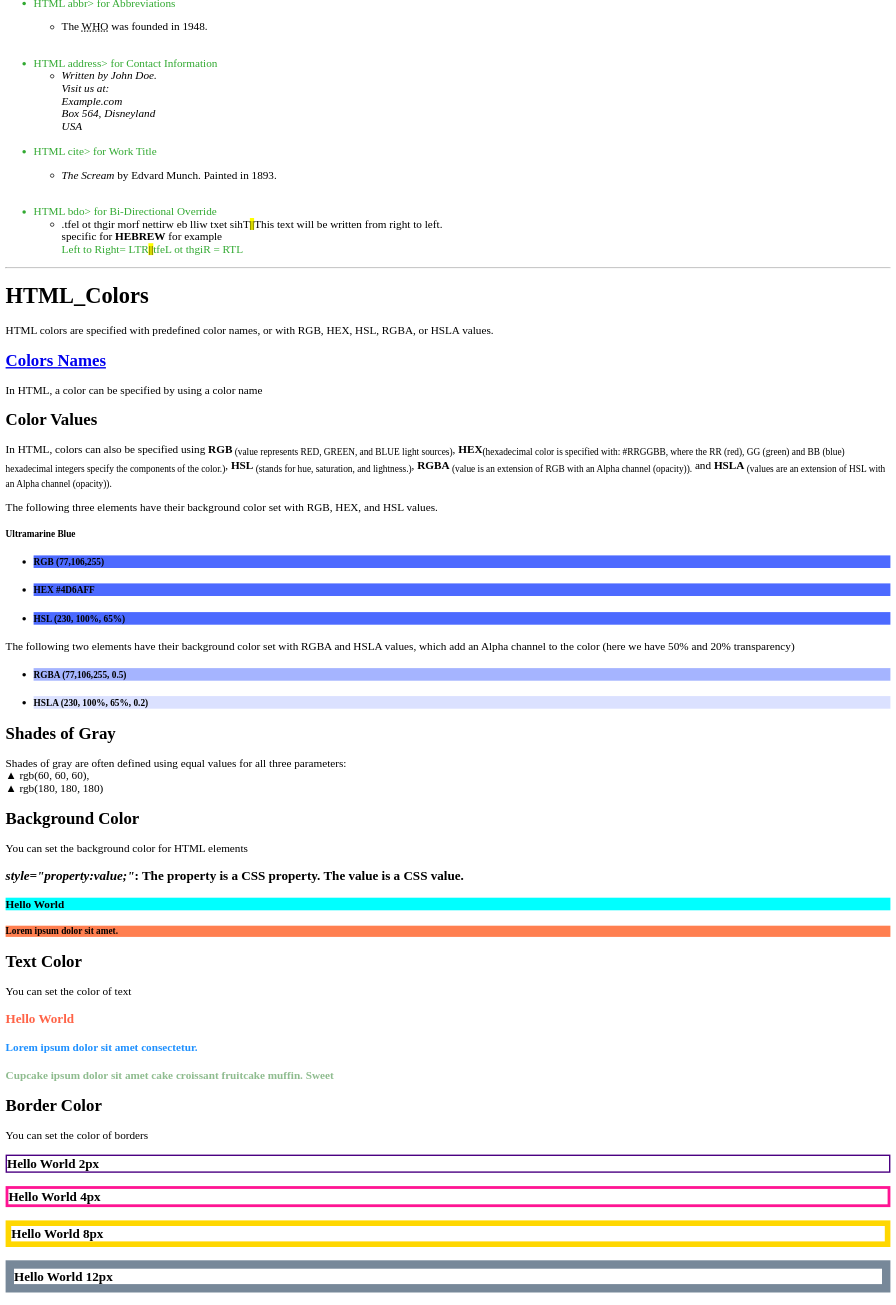
Repository: AnnaSpirit/2025_
Page: Bases/OK/HTML_Text_Formatting.html
The author's editor kept a copy of each file at every save. The page is drawn from the files as they stood at one save, then again after the next save.
The browser window is 1280 px wide. The pictures show the part of the page from y = 1049 to 2969 px (the page is 2913 px tall before and 2969 px after), at 70% of full size.

Above is the page before, as saved 2025-01-09 15:36:08.

### Bases/OK/HTML_Text_Formatting.html
<!DOCTYPE html>
<html lang="en">

<head>
    <meta charset="UTF-8">
    <meta name="viewport" content="width=device-width, initial-scale=1.0">
    <title>HTML Text Formatting</title>
    <a href="HTML_Colors.html"></a>
</head>

<body>
    <h1>HTML contains several elements for defining text with a special meaning.</h1>
    <a href="HTML_Colors.html">
        <h2>Go Back: HTML_Colors</h2></a>
    <p>
    <ul>
        <li style="color:red;"> b - Bold text &#61 Strong;
            <ul>
                <li style="color:black;"><b>Bold</b> text</li>
            </ul>
        </li><br>
        <li style="color:red;"> strong - Important text &#61 Bold
            <ul>
                <li style="color:black;"><strong>Important</strong> text</li>
            </ul>
        </li><br>
        <li style="color:red;"> i - Italic text &#61 Emphasized
            <ul>
                <li style="color:black;"><i>Italic</i> text</li>
            </ul>
        </li><br>

        <li style="color:red;">em - Emphasized text &#61 Italic
            <ul>
                <li style="color:black;"><em>Emphasized</em> text</li>
            </ul>
        </li><br>
        <li style="color:red;"> u - Underlined text &#61 Inserted
            <ul>
                <li style="color:black;"><u>Underlined</u> text</li>
            </ul><br>
        <li style="color:red;">ins - Inserted text &#61 Underlined
            <ul>
                <li style="color:black;"><ins>Inserted</ins> text</li>
            </ul><br>
        <li style="color:red;">small - Smaller text
            <ul>
                <li style="color:black;"><small>Smaller</small> text</li>
            </ul>
        </li><br>
        <li style="color:red;">del - Deleted text &#61 Strikethrough
            <ul>
                <li style="color:black;"><del>Deleted</del> text</li>
            </ul>
        </li><br>
        <li style="color:red;">s - strikethrough text &#61 Deleted
            <ul>
                <li style="color:black;"><s>strikethrough</s> text</li>
            </ul>
        </li><br>
        <li style="color:red;"> mark - Marked text (Highlighted in yellow)
            <ul>
                <li style="color:black;"><mark>Marked</mark> text</li>
            </ul>
        </li><br>
        <li style="color:red;">sub - Subscript text
            <ul>
                <li style="color:black;"><sub>Subscript</sub> text</li>
            </ul>
        </li><br>
        <li style="color:red;">sup - Superscript text
            <ul>
                <li style="color:black;"><sup>Superscript</sup> text</li>
            </ul>
        </li>
    </ul>
    </p>
    <hr>
    <p>
    <h1>HTML Quotation and Citation Elements</h1>
    <h3>In this chapter we will go through the blockquote>,q>, abbr>, address>, cite>, and bdo> HTML elements.</h3>
    <ul>
        <li style="color:rgb(49, 169, 49);"> HTML blockquote> for Quotations
            <ul>
                <li style="color: black;">
                    <blockquote cite=" http://www.worldwildlife.org/who/index.html">For 60 years,...</blockquote>
                </li><br>
            </ul>
        <li style="color:rgb(49, 169, 49);"> HTML q> for Short Quotations
            <ul>
                <li style="color: black;"> WWF's goal is to: <q><em>Build a future where people live in harmony with
                            nature.</em></q></li>
            </ul>
        </li><br>
        <li style=" color:rgb(49, 169, 49);">HTML abbr> for Abbreviations
            <ul>
                <li style="color: black;">
                    <p>The <abbr title="World Health Organization">WHO</abbr> was founded in 1948.</p>
                </li>
            </ul>
        </li><br>
        <li style=" color:rgb(49, 169, 49);">HTML address> for Contact Information
            <ul>
                <li style="color: black;">
                    <address>
                        Written by John Doe.<br>
                        Visit us at:<br>
                        Example.com<br>
                        Box 564, Disneyland<br>
                        USA
                    </address>
                </li>
            </ul>
        </li><br>
        <li style=" color:rgb(49, 169, 49);">HTML cite> for Work Title
            <ul>
                <li style="color: black;">
                    <p><cite>The Scream</cite> by Edvard Munch. Painted in 1893.</p>
                </li>
            </ul>
        </li><br>
        <li style=" color:rgb(49, 169, 49);">HTML bdo> for Bi-Directional Override
            <ul>
                <li style="color: black;"><bdo dir="rtl">This text will be written from right to
                        left.</bdo><mark>||</mark>This text will be written from right to left.<br>
                    specific for <b>HEBREW</b> for example</li> <bdo dir="ltr">Left to Right</bdo>=
                LTR<mark>||</mark><bdo dir="rtl">Right to Left</bdo> = RTL
            </ul>
        </li>
    </ul>
    </h1>
    </p>
    <hr>
    <p>
    <h1>HTML_Colors</h1>
    <p>HTML colors are specified with predefined color names, or with RGB, HEX, HSL, RGBA, or HSLA values.</p>
    <a href="HTML_Colors.html">
        <h2>Colors Names</h2>
    </a>
    <p>In HTML, a color can be specified by using a color name</p>

    <h2>Color Values</h2>

    <p>In HTML, colors can also be specified using <b>RGB</b><sub> (value represents RED, GREEN, and BLUE light
            sources)</sub>, <b>HEX</b><sub>(hexadecimal color is specified with: #RRGGBB, where the RR (red), GG (green)
            and BB (blue) hexadecimal integers specify the components of the color.)</sub>, <b>HSL</b><sub> (stands for
            hue, saturation, and lightness.)</sub>, <b>RGBA</b><sub> (value is an extension of RGB with an Alpha channel
            (opacity)).</sub> and <b>HSLA</b><sub> (values are an extension of HSL with an Alpha channel
            (opacity)).</sub><br>

    <p>The following three elements have their background color set with RGB, HEX, and HSL values.<br>
    <h5>Ultramarine Blue</h5>
    <ul>
        <li style="background-color:rgb(77,106,255);">
            <h5>RGB (77,106,255)</h5>
        </li>
        <li style="background-color:#4D6AFF;">
            <h5>HEX #4D6AFF</h5>
        </li>
        <li style="background-color:HSL(230, 100%, 65%);">
            <h5>HSL (230, 100%, 65%)</h5>
        </li>
    </ul>
    <p>The following two elements have their background color set with RGBA and HSLA values, which add an Alpha channel
        to the color (here we have 50% and 20% transparency)</p>
    <ul>
        <li style="background-color:rgba(77,106,255, 0.5);">
            <h5>RGBA (77,106,255, 0.5) </h5>
        </li>
        <li style="background-color:HSL(230, 100%, 65%, 0.2);">
            <h5>HSLA (230, 100%, 65%, 0.2) </h5>
        </li>
    </ul>
    </p>
    <h2>Shades of Gray</h2>
    <p>Shades of gray are often defined using equal values for all three parameters: <br>
        &#9650; rgb(60, 60, 60),<br>
        &#9650; rgb(180, 180, 180)</p>

    <h2>Background Color</h2>

    <p>You can set the background color for HTML elements <br>
    <h3><em>style="property:value;"</em>: The property is a CSS property. The value is a CSS value.</h3>
    <h4 style="background-color:cyan;">Hello World</h4>
    <h5 style="background-color:Coral;">Lorem ipsum dolor sit amet.</h5>
    </p>

    <h2>Text Color</h2>

    <p>You can set the color of text <br>
    <h3 style="color:Tomato;">Hello World</h3>
    <h4 style="color:DodgerBlue;">Lorem ipsum dolor sit amet consectetur.</h4>
    <h4 style="color:DarkSeaGreen;">Cupcake ipsum dolor sit amet cake croissant fruitcake muffin. Sweet</h4>
    </p>

    <h2>Border Color</h2>

    <p>You can set the color of borders <br>
    <h3 style="border:2px solid indigo;">Hello World 2px</h3>
    <h3 style="border:4px solid DeepPink;">Hello World 4px</h3>
    <h3 style="border:8px solid Gold;">Hello World 8px</h3>
    <h3 style="border:12px solid LightSlateGrey;">Hello World 12px</h3>
    </p>
    </p>
</body>

</html>

After the next save:
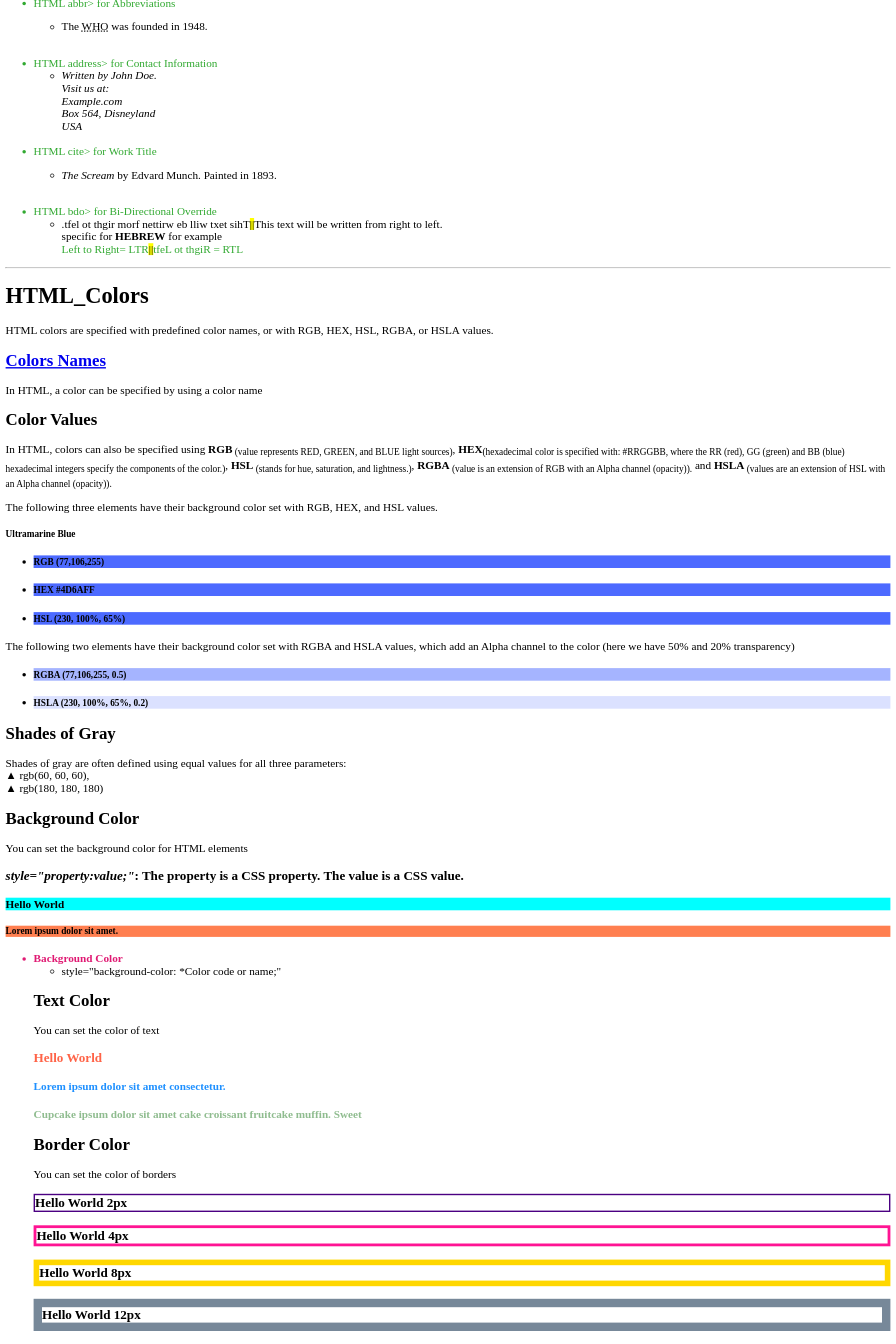
Saved 38 s later.
--- a/Bases/OK/HTML_Text_Formatting.html
+++ b/Bases/OK/HTML_Text_Formatting.html
@@ -183,6 +183,11 @@
     <h3><em>style="property:value;"</em>: The property is a CSS property. The value is a CSS value.</h3>
     <h4 style="background-color:cyan;">Hello World</h4>
     <h5 style="background-color:Coral;">Lorem ipsum dolor sit amet.</h5>
+    <ul>
+        <li style="color:rgb(224, 26, 115);"><b>Background Color</b></li>
+        <ul>
+            <li>style="background-color: *Color code or name;"</li>
+        </ul>
     </p>
 
     <h2>Text Color</h2>
